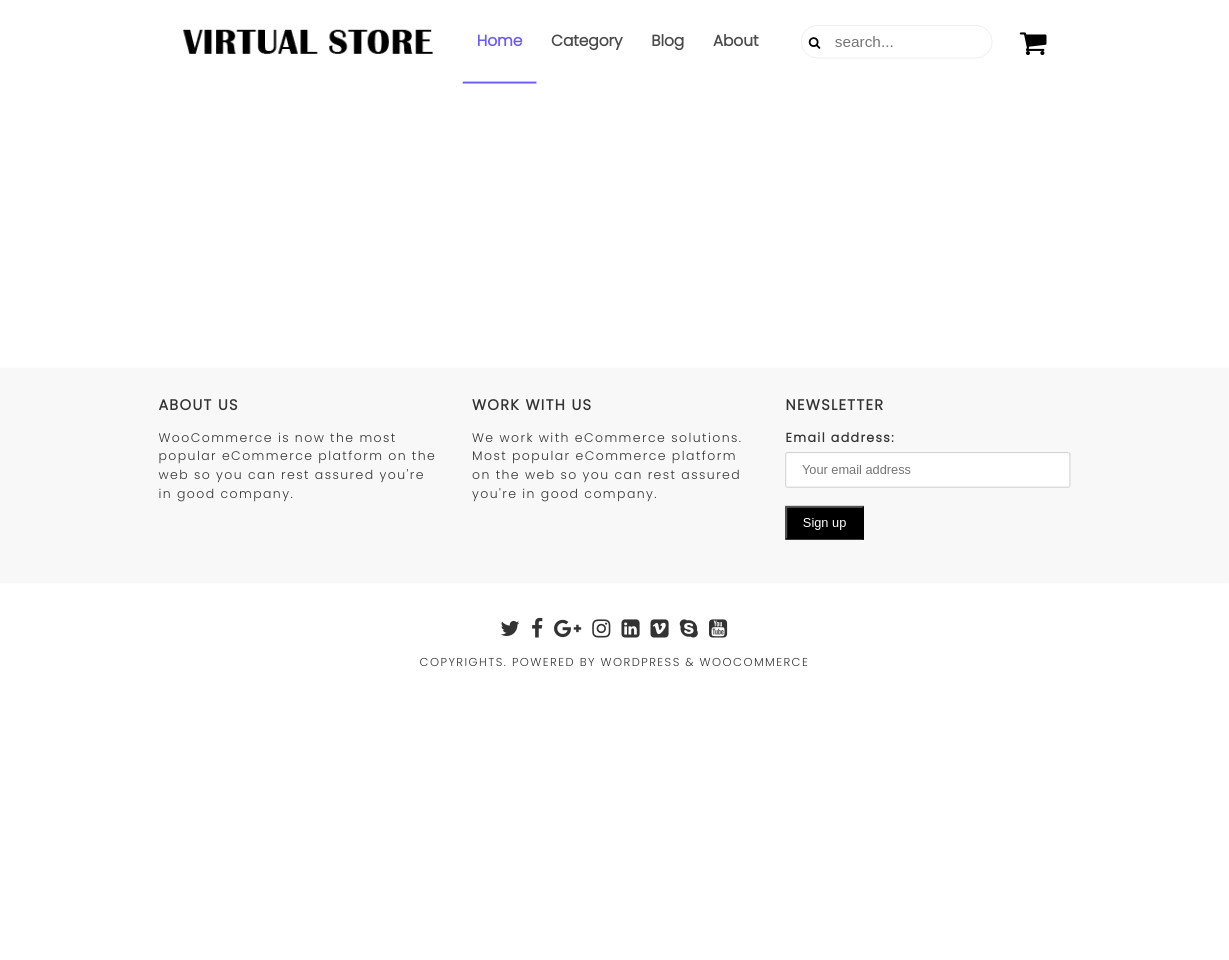
Repository: dungle03/tke_web_nhom_15
Page: index.html
An editor plug-in stored every save of this project. The page is shown before and after the next save, followed by the edit.
The browser window is 1280 px wide. The pictures show the whole page, at 96% of full size.

Above is the page before, as saved 2022-09-13 19:04:57.
Not found: resest.css

After the next save:
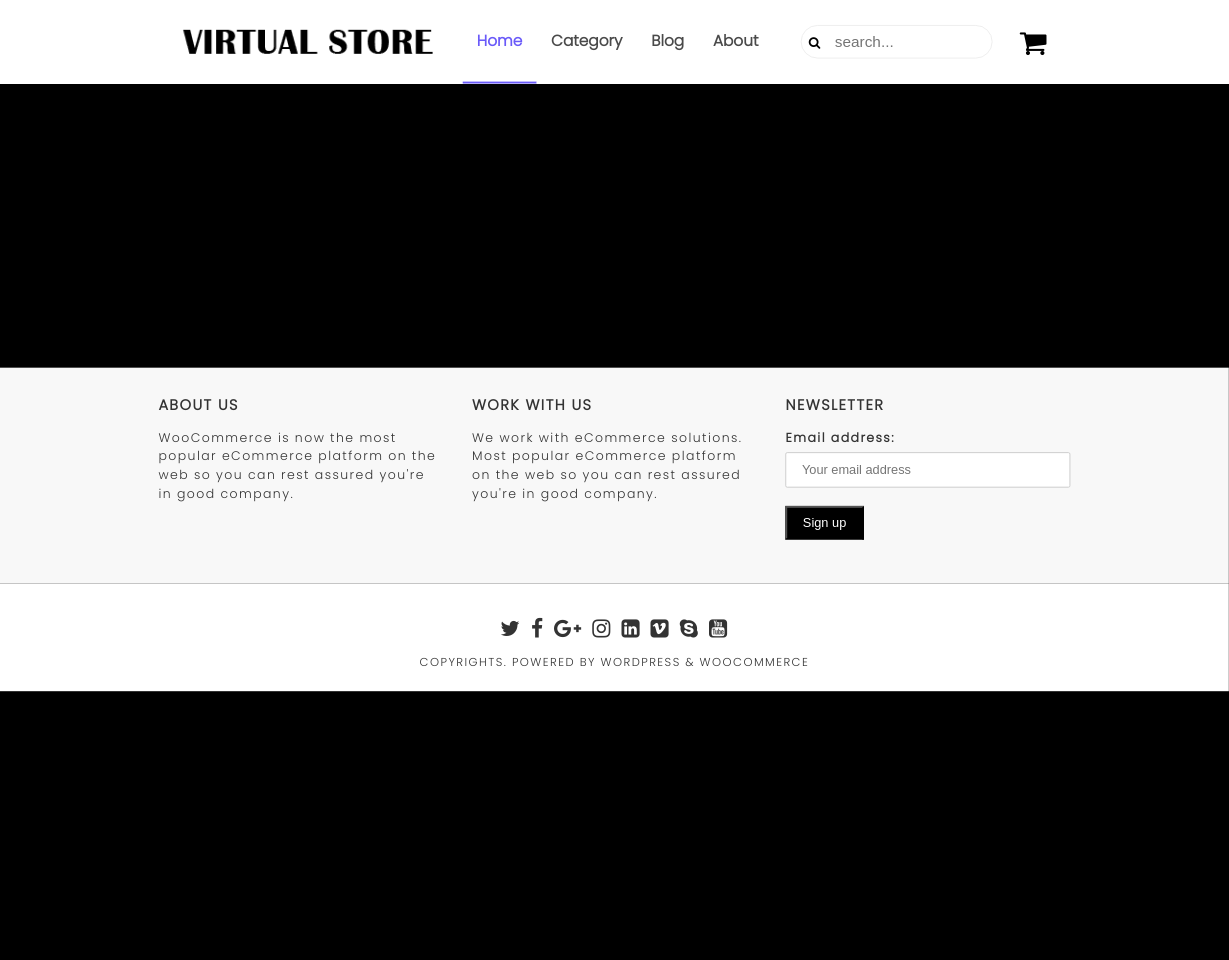
Saved 4 s later.
--- a/CSS/header.css
+++ b/CSS/header.css
@@ -35,7 +35,7 @@ html {
   }
   body{
     height: 1000px;
-    background-color: white;
+    background-color: black;
   }
 /* /////////// HEADER  /////////// */
 .main-header{
